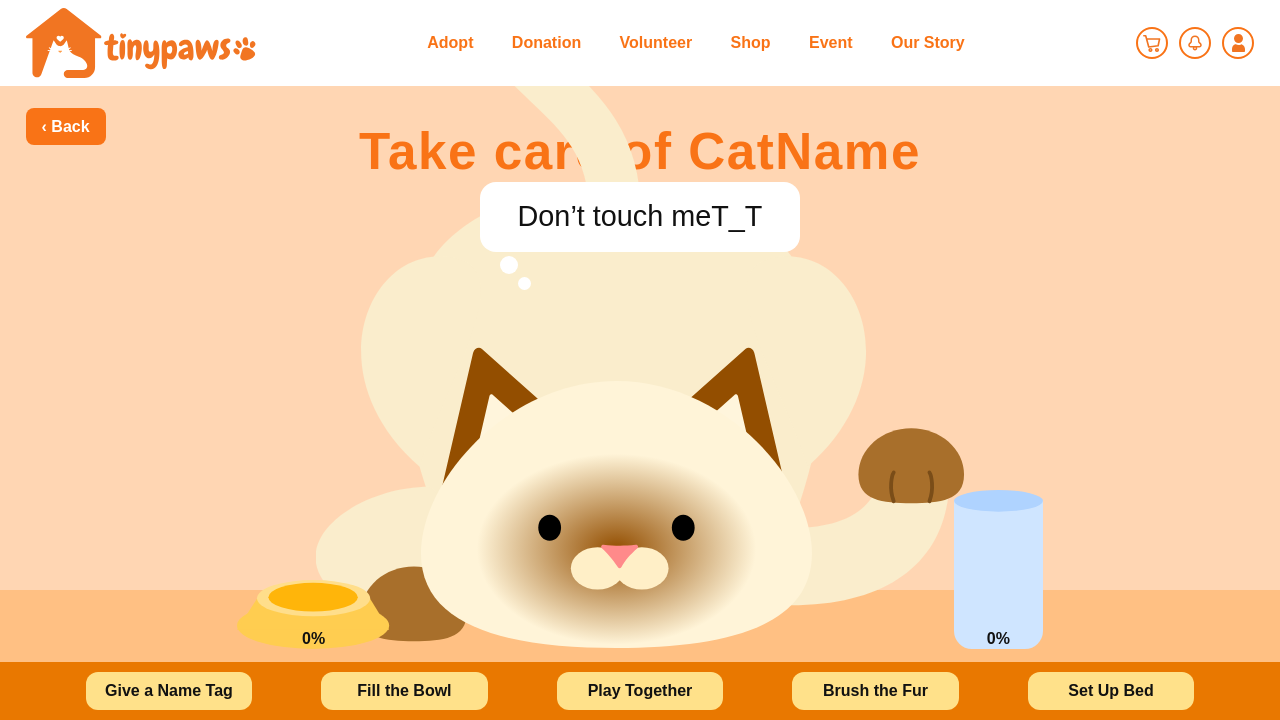
Repository: LShuyanLi/TinyPaws
Page: /, after clicking the first element matching `div > div`
The author's editor kept a copy of each file at every save. The page is drawn from the files as they stood at one save, then again after the next save.
The browser window is 1280 px wide. The pictures show the whole page.
The project was rebuilt for these pictures with package versions that can differ from the ones it lists, and the page was loaded fresh each time. The framework's server and built-in components were replaced by stand-ins that run in the browser. Also part of the build but not shown: next.config.mjs.

Above is the page before, as saved 2026-05-09 23:37:26.

After the next save:
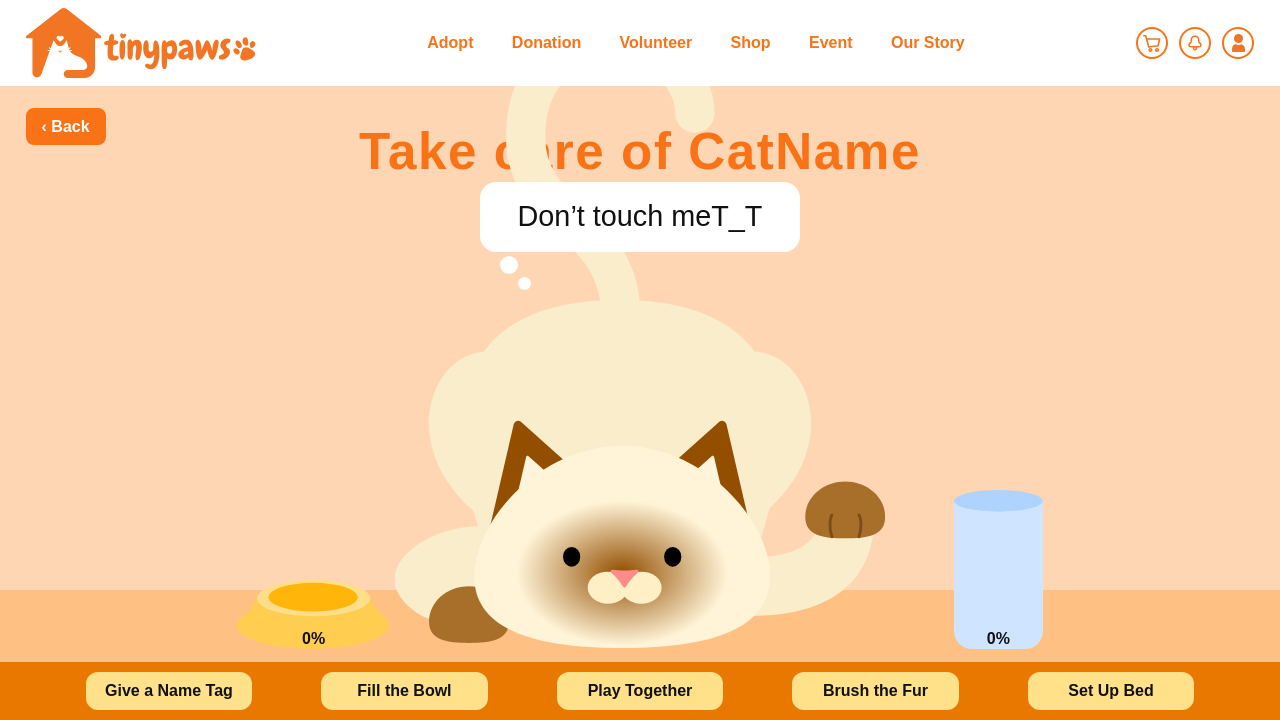
Saved 26 s later.
--- a/components/shared/CatDisplay.jsx
+++ b/components/shared/CatDisplay.jsx
@@ -68,8 +68,8 @@ export default function CatDisplay({
       )}
       <div
         style={{
-          width: "825px",
-          height: "825px",
+          width: "625px",
+          height: "625px",
           position: "relative",
         }}
       >
